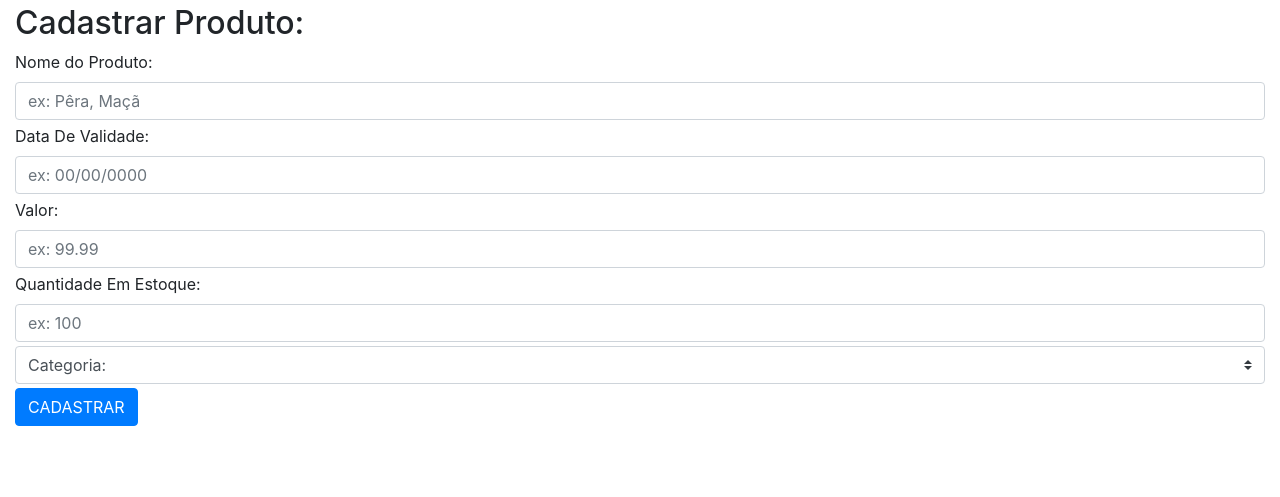
Repository: ricardofelipesilva/sistema
Page: http://localhost/site/controle.jsp
The author's editor kept a copy of each file at every save. The page is drawn from the files as they stood at one save, then again after the next save.
The browser window is 1280 px wide. The pictures show the whole page.
The page is served by Tomcat 9. Other server files are loaded and not shown.

Above is the page before, as saved 2019-07-01 08:27:01.

### site/WebContent/controle.jsp
<%@ taglib uri="http://java.sun.com/jsp/jstl/core" prefix="c" %>
<!DOCTYPE html>
<html>
<head>
<meta charset="ISO-8859-1">
<link rel="stylesheet" href="https://stackpath.bootstrapcdn.com/bootstrap/4.3.1/css/bootstrap.min.css" integrity="sha384-ggOyR0iXCbMQv3Xipma34MD+dH/1fQ784/j6cY/iJTQUOhcWr7x9JvoRxT2MZw1T" crossorigin="anonymous">

<script src="https://code.jquery.com/jquery-3.3.1.slim.min.js" integrity="sha384-q8i/X+965DzO0rT7abK41JStQIAqVgRVzpbzo5smXKp4YfRvH+8abtTE1Pi6jizo" crossorigin="anonymous"></script>
<script src="https://cdnjs.cloudflare.com/ajax/libs/popper.js/1.14.7/umd/popper.min.js" integrity="sha384-UO2eT0CpHqdSJQ6hJty5KVphtPhzWj9WO1clHTMGa3JDZwrnQq4sF86dIHNDz0W1" crossorigin="anonymous"></script>
<script src="https://stackpath.bootstrapcdn.com/bootstrap/4.3.1/js/bootstrap.min.js" integrity="sha384-JjSmVgyd0p3pXB1rRibZUAYoIIy6OrQ6VrjIEaFf/nJGzIxFDsf4x0xIM+B07jRM" crossorigin="anonymous"></script>

<title>Mil Tecnologia | Cadastrar Produto</title>

</head>
<body>
	<form action="./novoproduto" method="post">

	<div class="col-auto my-1">
		<h2>Cadastrar Produto:</h2>
	</div>

	</form>

	<form action="./novoproduto" method="post">
  <div class="col-auto my-1 form-group">
    <label for="exampleInputEmail1">Nome do Produto:</label>
    <input  class="form-control" type="text" name="nome" placeholder="ex: Pêra, Maçã" required>
  </div>
  <div class=" col-auto my-1 form-group">
    <label for="exampleInputEmail1">Data De Validade:</label>
    <input  class="form-control" type="text" name="dataValidade"  placeholder="ex: 00/00/0000" />
  </div>

  <div class=" col-auto my-1 form-group">
    <label for="exampleInputEmail1">Valor:</label>
    <input  class="form-control" type="text" name="valor"  placeholder="ex: 99.99" />
  </div>


     <div class=" col-auto my-1 form-group">
    <label for="exampleInputEmail1">Quantidade Em Estoque:</label>
    <input  class="form-control" type="text" name="quantidadeEstoque"  placeholder="ex: 100" />
  </div>
      <div class="col-auto my-1">

      <select class="custom-select mr-sm-2" id="inlineFormCustomSelect">
        <option selected>Categoria:</option>
        <option value="1">Proteínas</option>
        <option value="2">Laticínios</option>
        <option value="3">Limpeza</option>
        <option value="4">Carnes</option>
      </select>
    </div>
 <div class=" col-auto my-1 form-group">
  <button type="submit" class="btn btn-primary">CADASTRAR</button>
  </div>
</form>


</body>
</html>

After the next save:
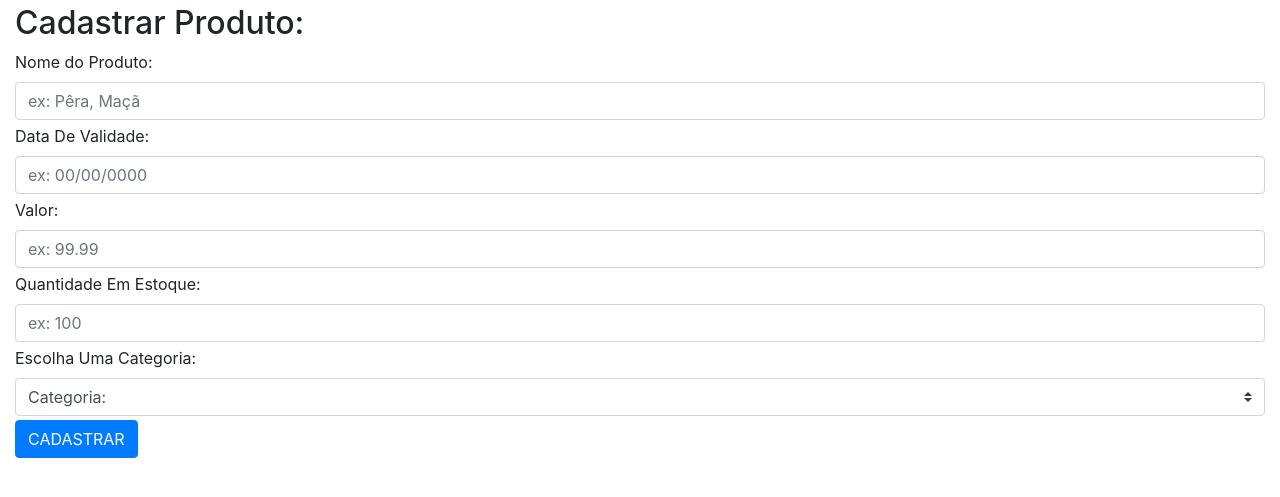
Saved 11 s later.
--- a/site/WebContent/controle.jsp
+++ b/site/WebContent/controle.jsp
@@ -42,7 +42,7 @@
     <input  class="form-control" type="text" name="quantidadeEstoque"  placeholder="ex: 100" />
   </div>
       <div class="col-auto my-1">
-
+  	    <label class="mr-sm-2 " for="inlineFormCustomSelect">Escolha Uma Categoria:</label>
       <select class="custom-select mr-sm-2" id="inlineFormCustomSelect">
         <option selected>Categoria:</option>
         <option value="1">Proteínas</option>
